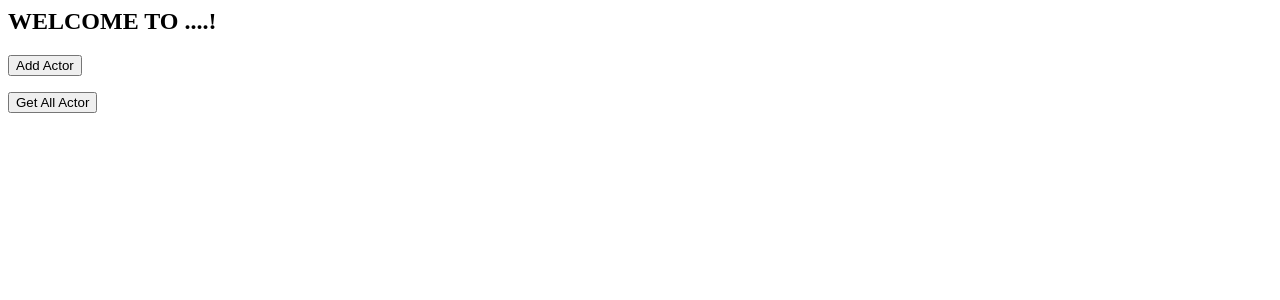
Repository: anoop600/discussionAll
Page: http://localhost/DiscussionMCV/
The author's editor kept a copy of each file at every save. The page is drawn from the files as they stood at one save, then again after the next save.
The browser window is 1280 px wide. The pictures show the whole page.
The page is served by Tomcat 9.

Above is the page before, as saved 2019-01-03 05:35:27.

After the next save:
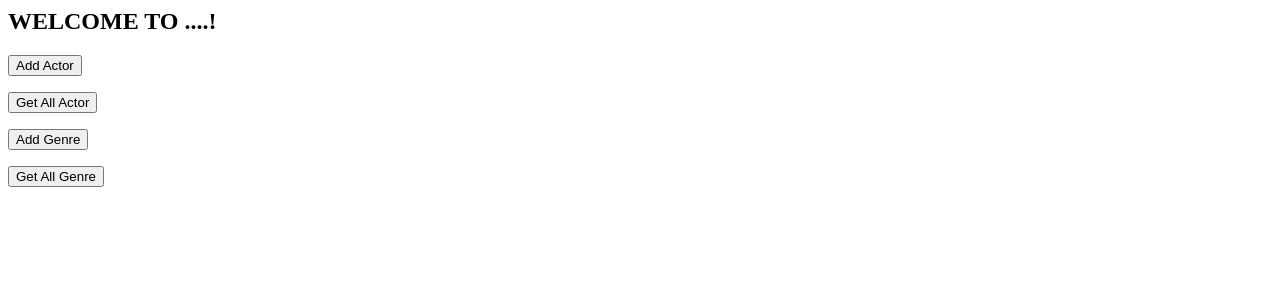
Saved 3 s later.
--- a/DiscussionMCV/src/main/webapp/index.jsp
+++ b/DiscussionMCV/src/main/webapp/index.jsp
@@ -8,7 +8,12 @@
 	<form action="getAllActorDetails1.html">
 		<input type="submit" value="Get All Actor" />
 	</form>
+<form action="addGenre.html">
+		<input type="submit" value="Add Genre" />
+	</form>
 
+	<form action="getAllGenre1.html">
+		<input type="submit" value="Get All Genre" />
 
 </body>
 </html>
